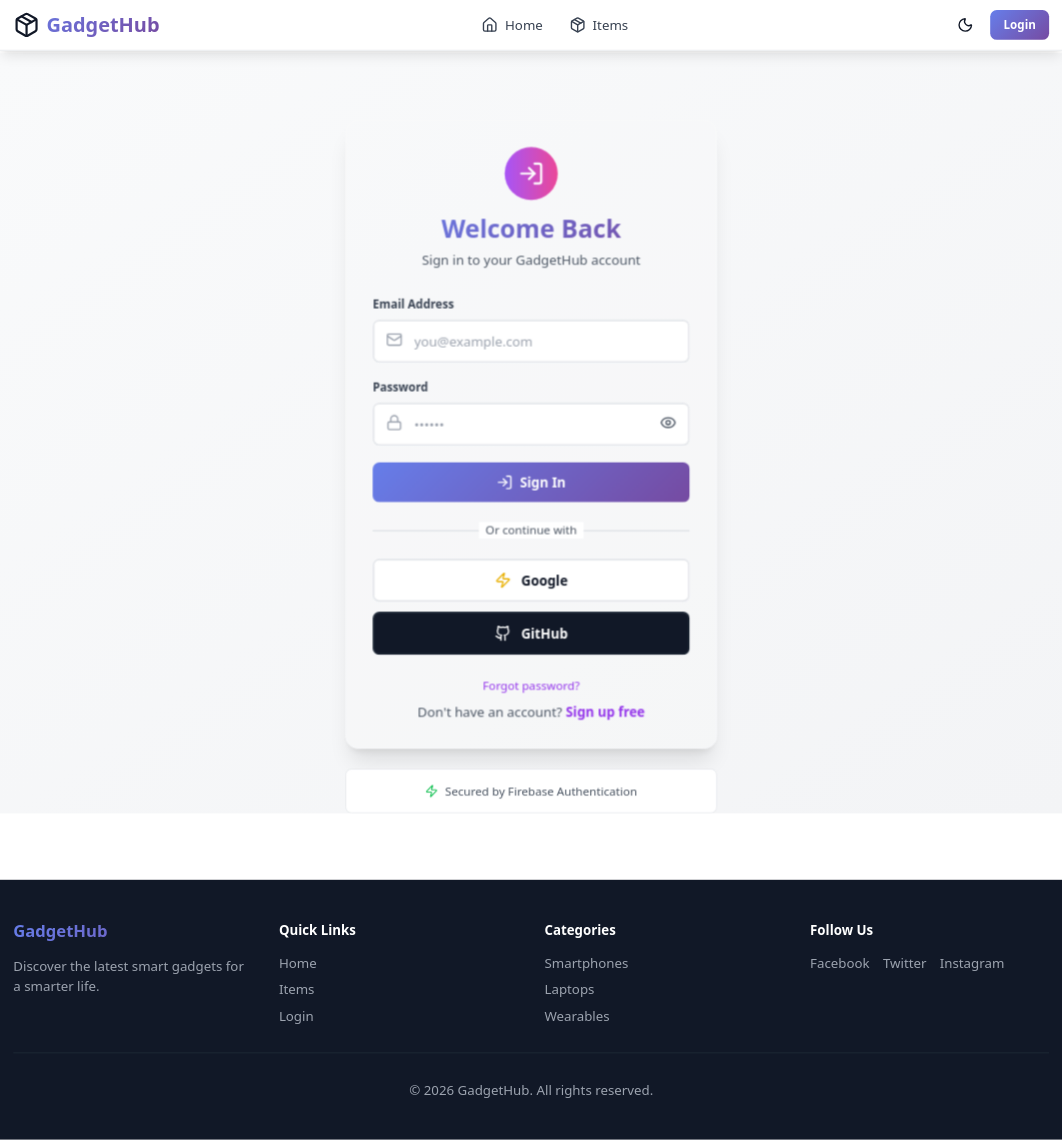
Repository: rajes124/Gadget-Next-js
Page: /login
An editor plug-in stored every save of this project. The page is shown before and after a run of saves, followed by the edit.
The browser window is 1280 px wide. The pictures show the whole page, at 83% of full size.
The project was rebuilt for these pictures with package versions that can differ from the ones it lists, and the page was loaded fresh each time. The framework's server and built-in components were replaced by stand-ins that run in the browser. Also part of the build but not shown: next.config.js.

Above is the page before, as saved 2026-01-18 12:14:06.

After the next 3 saves:
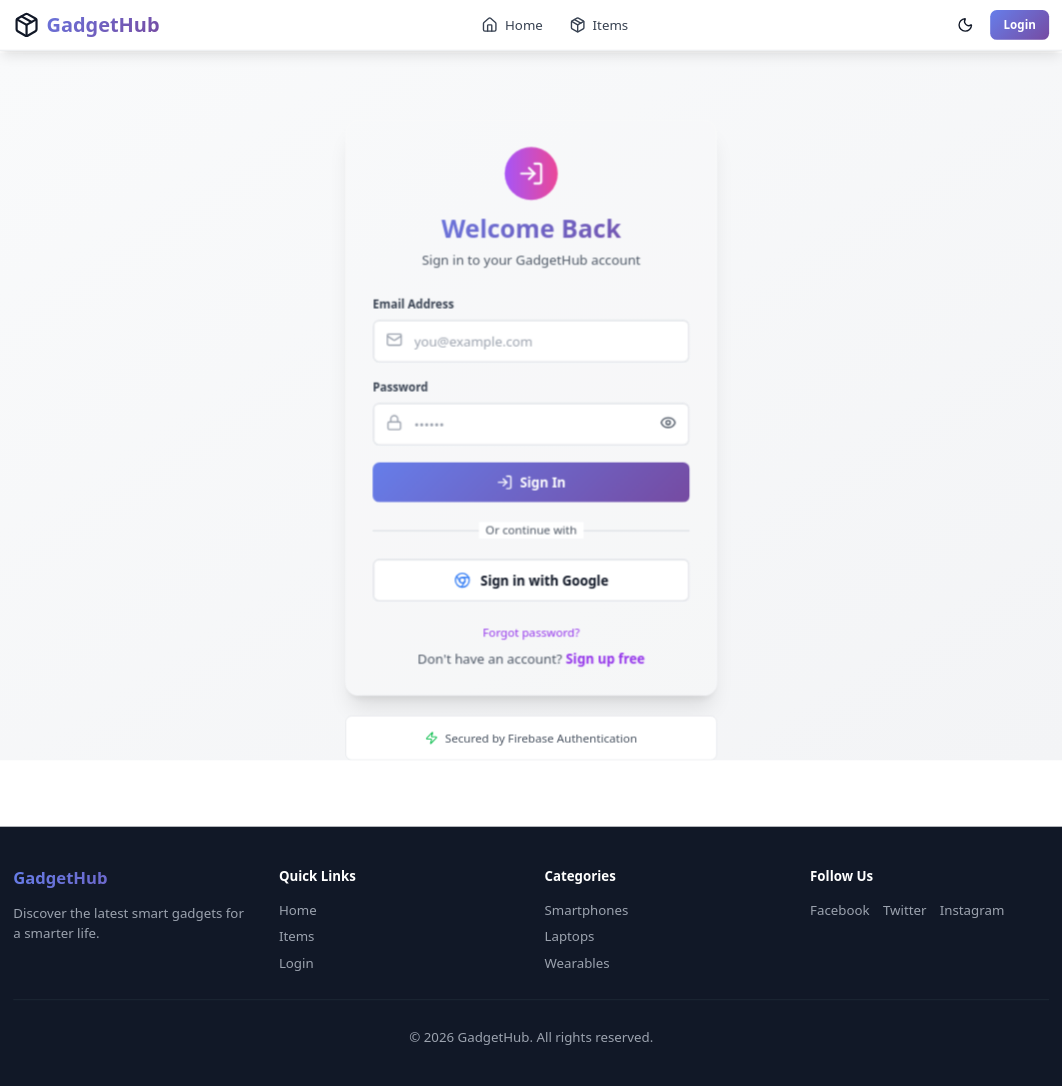
The 3 saves are shown as one change because 2 did not build or start.
The last was saved 15 s later.
--- a/app/login/page.tsx
+++ b/app/login/page.tsx
@@ -3,15 +3,16 @@
 import { useState, useEffect } from 'react';
 import { useRouter } from 'next/navigation';
 import Link from 'next/link';
-import { signIn } from '@/lib/auth';
+import { signIn, signInWithGoogle } from '@/lib/auth';
 import toast from 'react-hot-toast';
-import { Mail, Lock, Eye, EyeOff, LogIn, Github, Zap } from 'lucide-react';
+import { Mail, Lock, Eye, EyeOff, LogIn, Chrome, Zap } from 'lucide-react';
 
 export default function LoginPage() {
   const router = useRouter();
   const [email, setEmail] = useState('');
   const [password, setPassword] = useState('');
   const [loading, setLoading] = useState(false);
+  const [googleLoading, setGoogleLoading] = useState(false);
   const [showPassword, setShowPassword] = useState(false);
 
   const handleLogin = async (e: React.FormEvent) => {
@@ -37,6 +38,22 @@
       toast.error(errorMessage);
     } finally {
       setLoading(false);
+    }
+  };
+
+  const handleGoogleSignIn = async () => {
+    setGoogleLoading(true);
+    try {
+      await signInWithGoogle();
+      toast.success('Login successful!');
+      router.push('/items');
+    } catch (error: any) {
+      const errorMessage = error.code === 'auth/popup-closed-by-user'
+        ? 'Google sign-in cancelled'
+        : error.message || 'Google sign-in failed';
+      toast.error(errorMessage);
+    } finally {
+      setGoogleLoading(false);
     }
   };
 
@@ -130,18 +147,21 @@
           <div className="mt-6 space-y-3 animate-fade-in" style={{ animationDelay: '0.5s' }}>
             <button
               type="button"
-              className="w-full flex items-center justify-center gap-3 bg-white dark:bg-gray-700 text-gray-900 dark:text-white px-4 py-3 rounded-lg font-semibold hover:shadow-lg transition border-2 border-gray-200 dark:border-gray-600"
+              onClick={handleGoogleSignIn}
+              disabled={googleLoading}
+              className="w-full flex items-center justify-center gap-3 bg-white dark:bg-gray-700 text-gray-900 dark:text-white px-4 py-3 rounded-lg font-semibold hover:shadow-lg transition border-2 border-gray-200 dark:border-gray-600 disabled:opacity-50"
             >
-              <Zap className="w-5 h-5 text-yellow-500" />
-              Google
-            </button>
-
-            <button
-              type="button"
-              className="w-full flex items-center justify-center gap-3 bg-gray-900 dark:bg-gray-800 text-white px-4 py-3 rounded-lg font-semibold hover:shadow-lg transition border-2 border-gray-800 dark:border-gray-700"
-            >
-              <Github className="w-5 h-5" />
-              GitHub
+              {googleLoading ? (
+                <>
+                  <div className="w-5 h-5 border-2 border-gray-900 dark:border-white border-t-transparent rounded-full animate-spin"></div>
+                  Signing in...
+                </>
+              ) : (
+                <>
+                  <Chrome className="w-5 h-5 text-blue-500" />
+                  Sign in with Google
+                </>
+              )}
             </button>
           </div>
 
